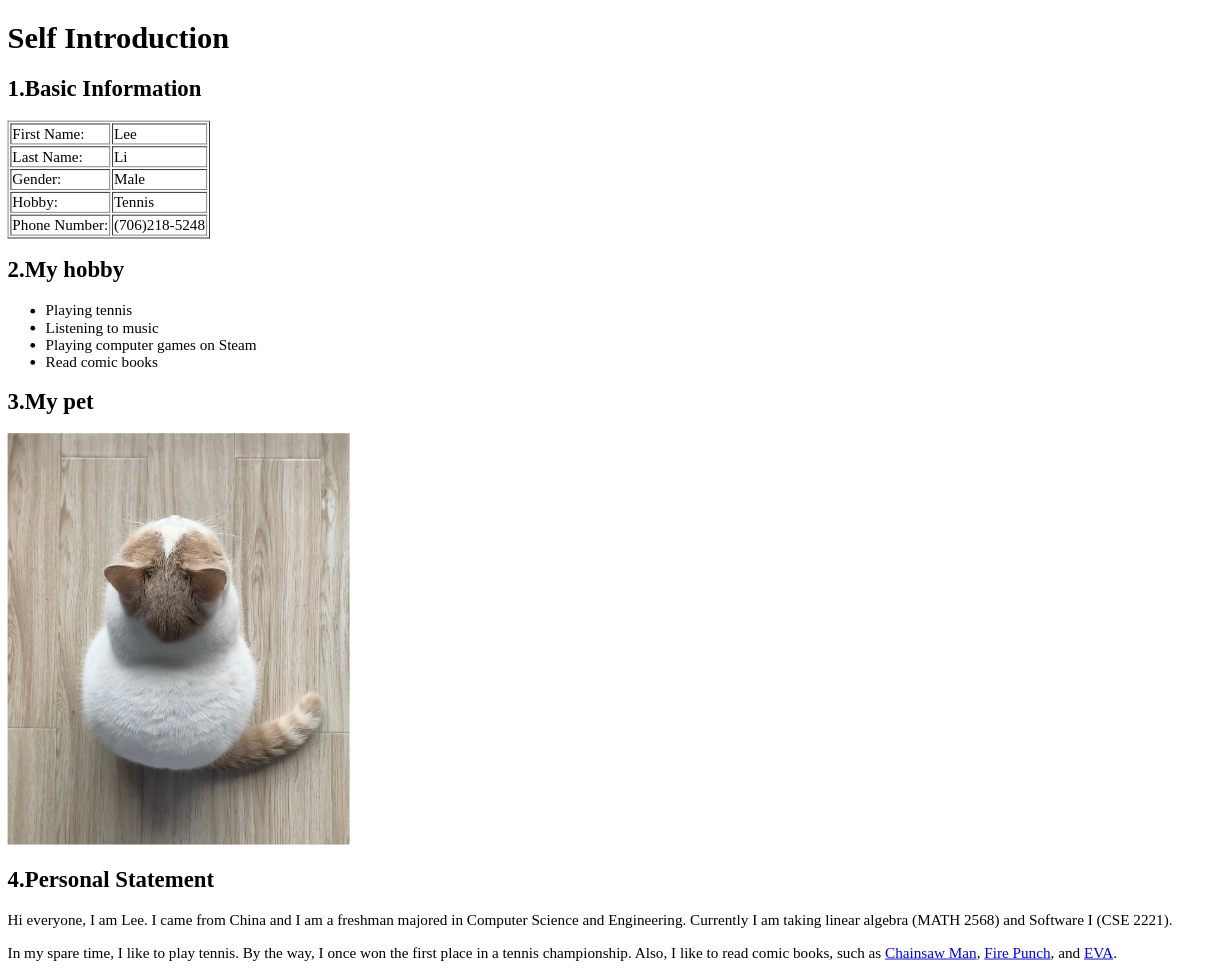
Repository: RigelLM/Java-Learning
Page: HomePage/public/Index.html
An editor plug-in stored every save of this project. The page is shown before and after the next save, followed by the edit.
The browser window is 1280 px wide. The pictures show the whole page, at 95% of full size.

Above is the page before, as saved 2023-01-17 17:44:04.

After the next save:
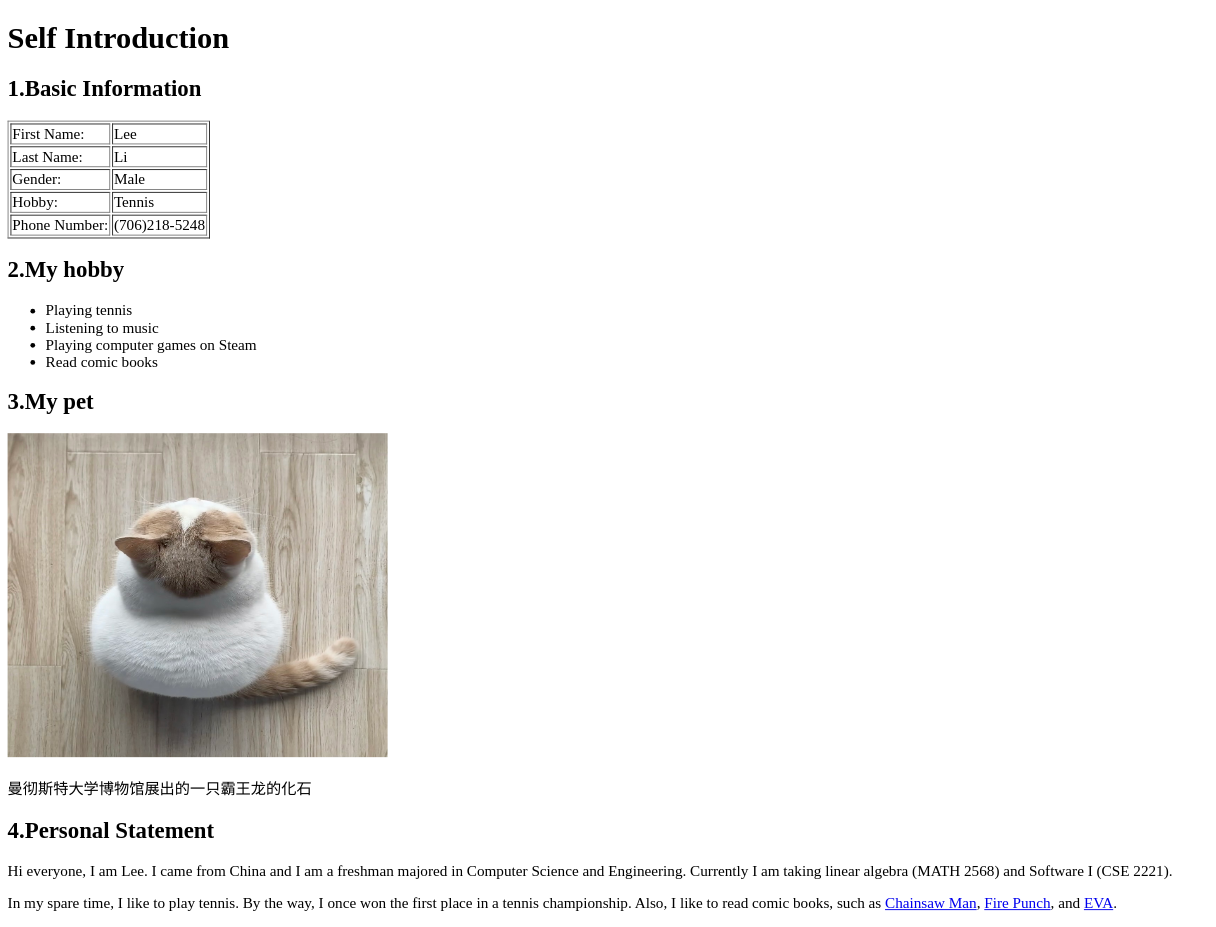
Saved 91 s later.
--- a/HomePage/public/Index.html
+++ b/HomePage/public/Index.html
@@ -36,9 +36,13 @@
 <li>Read comic books</li>
 </ul>
 <h2>3.My pet</h2>
-
-<img src="cat.jpg" alt="My Cat" width="360" height="433"></img>
-
+<div class="figure">
+  <img src="cat.jpg"
+     alt="一只恐龙头部和躯干的骨架，它有一个巨大的头，长着锋利的牙齿。"
+     width="400"
+     height="341">
+  <p>曼彻斯特大学博物馆展出的一只霸王龙的化石</p>
+</div>
 <h2>4.Personal Statement</h2>
 <p>Hi everyone, I am Lee. I came from China and I am a freshman majored in Computer Science and Engineering. Currently I am taking linear algebra (MATH 2568) and Software I (CSE 2221).</p>
 <p>In my spare time, I like to play tennis. By the way, I once won the first place in a tennis championship. Also, I like to read comic books, such as <a href="https://en.wikipedia.org/wiki/Chainsaw_Man">Chainsaw Man</a>, <a href="https://en.wikipedia.org/wiki/Fire_Punch">Fire Punch</a>, and <a href="https://en.wikipedia.org/wiki/Neon_Genesis_Evangelion">EVA</a>. </p>
